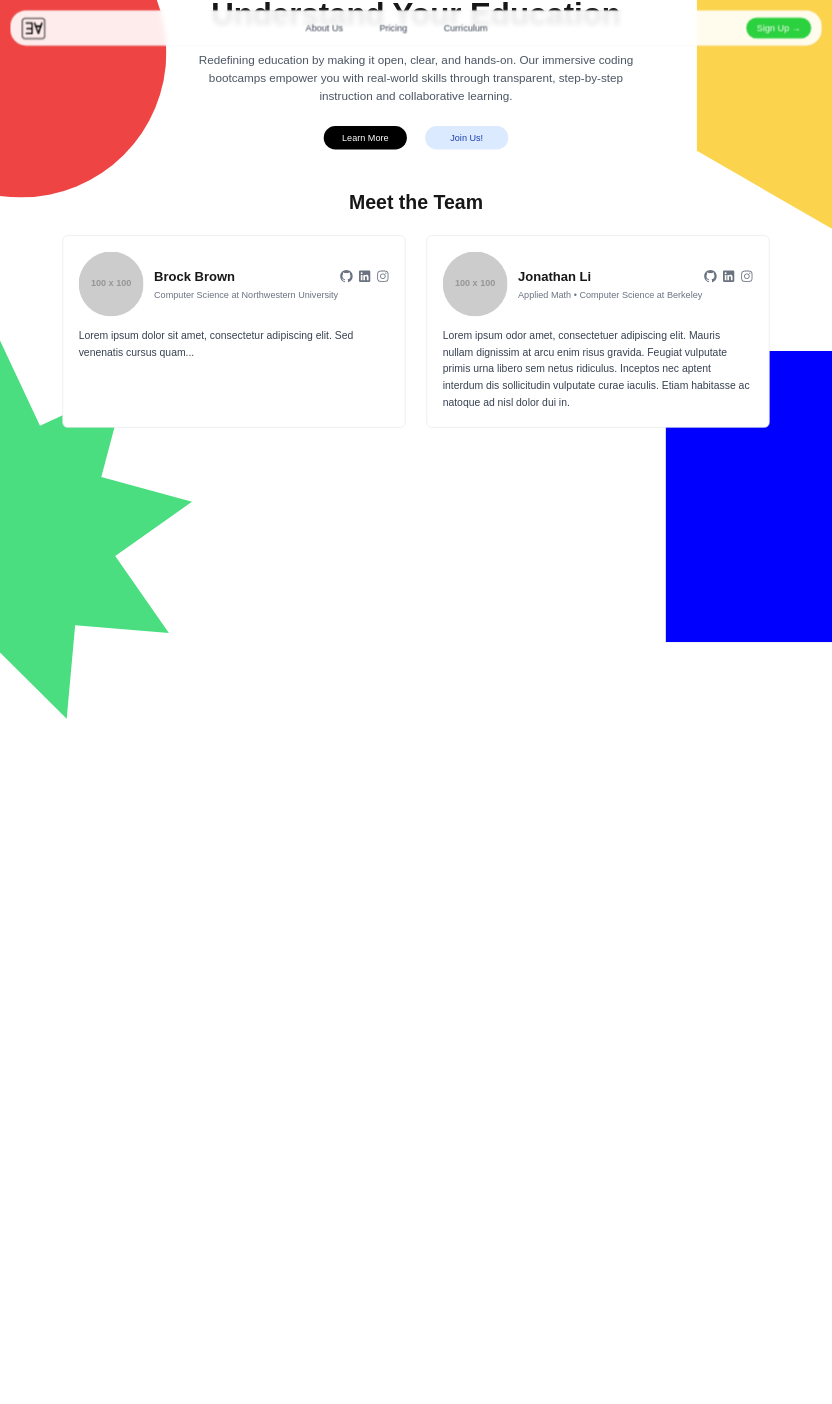
Repository: johnnyli-dev/bootcamp
Page: /
An editor plug-in stored every save of this project. The page is shown before and after the next save, followed by the edit.
The browser window is 1280 px wide. The pictures show the whole page, at 65% of full size.
The project was rebuilt for these pictures with package versions that can differ from the ones it lists, and the page was loaded fresh each time. The framework's server and built-in components were replaced by stand-ins that run in the browser. Also part of the build but not shown: next.config.ts.

Above is the page before, as saved 2025-02-22 14:57:43.

### app/page.tsx
import Image from "next/image";
import Navbar from "./components/Navbar";
import PCard from "./components/PCard";
import {
	GitHubLogoIcon,
	LinkedInLogoIcon,
	InstagramLogoIcon,
} from "@radix-ui/react-icons";

import {
	RedCircle,
	YellowHexagon,
	GreenStar,
	BlueSquare,
} from "./components/Shapes";

export default function Home() {
	return (
		<div className="min-h-screen bg-white relative overflow-hidden">
			{/* Hero Section */}
			<div className="relative h-screen flex items-center justify-center">
				{/* SVG Shapes positioned relative to hero section */}
				<div className="absolute inset-0">
					<RedCircle />
					<YellowHexagon />
					<GreenStar />
					<BlueSquare />
				</div>

				<Navbar />

				{/* Centered Content */}
				<div className="max-w-6xl mx-auto px-4 sm:px-6 lg:px-8 z-10">
					<main className="flex flex-col items-center text-center gap-8">
						<h1 className="text-5xl font-bold">
							Understand Your Education
						</h1>
						<p className="text-lg text-gray-600 max-w-2xl">
							Redefining education by making it open, clear, and
							hands-on. Our immersive coding bootcamps empower you
							with real-world skills through transparent,
							step-by-step instruction and collaborative learning.
						</p>
						<div className="flex gap-7 whitespace-nowrap">
							<a
								href="#learn-more"
								className="bg-black text-white px-6 py-2 rounded-full hover:bg-gray-800 transition-colors w-32 text-center text-sm"
							>
								Learn More
							</a>
							<a
								href="#join"
								className="bg-blue-100 text-blue-800 px-6 py-2 rounded-full hover:bg-blue-200 transition-colors w-32 text-center text-sm"
							>
								Join Us!
							</a>
						</div>
					</main>

					{/* About Us (Meet the Team) Section */}
					<section className="py-16 flex flex-col items-center">
						<h2 className="text-3xl font-bold mb-8">
							Meet the Team
						</h2>

						<div className="flex flex-col md:flex-row gap-8 justify-center">
							<PCard
								name="Brock Brown"
								subtitle="Computer Science at Northwestern University"
								description="Lorem ipsum dolor sit amet, consectetur adipiscing elit. Sed venenatis cursus quam..."
								profileImage="https://placehold.co/100.png"
                                socialLinks={[
                                    {
                                        icon: <GitHubLogoIcon width={20} height={20} />,
                                        url: "https://github.com/bbrockbrown",
                                    },
                                    {
                                        icon: <LinkedInLogoIcon width={20} height={20} />,
                                        url: "https://www.linkedin.com/in/brock-brown-058216221/",
                                    },
                                    {
                                        icon: <InstagramLogoIcon width={20} height={20} />,
                                        url: "https://www.instagram.com/bbrockbrown/",
                                    },
                                ]}
							/>

							<PCard
								name="Jonathan Li"
								subtitle="Applied Math • Computer Science at Berkeley"
								description="Lorem ipsum odor amet, consectetuer adipiscing elit. Mauris nullam dignissim at arcu enim risus gravida. Feugiat vulputate primis urna libero sem netus ridiculus. Inceptos nec aptent interdum dis sollicitudin vulputate curae iaculis. Etiam habitasse ac natoque ad nisl dolor dui in."
								profileImage="https://placehold.co/100.png"
                                socialLinks={[
                                    {
                                        icon: <GitHubLogoIcon width={20} height={20} />,
                                        url: "https://github.com/johnnyli-dev",
                                    },
                                    {
                                        icon: <LinkedInLogoIcon width={20} height={20} />,
                                        url: "https://www.linkedin.com/in/johnny-li-390841220/",
                                    },
                                    {
                                        icon: <InstagramLogoIcon width={20} height={20} />,
                                        url: "https://www.instagram.com/johnny.lii/",
                                    },
                                ]}
							/>
						</div>
					</section>
				</div>
			</div>

			{/* Additional content sections */}
			<div className="h-screen" />
			<div className="h-screen" />
		</div>
	);
}

### app/globals.css
@tailwind base;
@tailwind components;
@tailwind utilities;

:root {
	--background: #ffffff;
	--foreground: #171717;
}

@media (prefers-color-scheme: dark) {
	:root {
		--background: #ffffff;
		--foreground: #171717;
	}
}

body {
	color: var(--foreground);
	background: var(--background);
	font-family: "Poppins", sans-serif;
	overflow-x: hidden;
}

.geometric-shape {
	position: absolute;
	width: 300px;
	height: 300px;
	border-radius: 50%;
}

### app/components/Navbar.tsx
import Link from "next/link";
import Image from "next/image";

export default function Navbar() {
	return (
		<div className="fixed top-4 left-4 right-4 z-50">
			<nav className="bg-white/90 backdrop-blur-sm rounded-3xl p-1 shadow-sm">
				<div className="max-w-7xl mx-auto">
					<div className="flex items-center justify-between">
						<div className="flex-shrink-0 px-2">
							<Link href="/" className="flex items-center gap-2">
								<Image
									src="/logo.png"
									alt="CodeCamp Logo"
									width={48}
									height={48}
									className="object-contain"
								/>
							</Link>
						</div>

						{/* Center navigation items */}
						<div className="flex-1 flex justify-center">
							<div className="hidden sm:flex space-x-8 items-center">
								<Link
									href="/about-us"
									className="text-gray-700 hover:text-gray-900 px-3 py-2 text-sm"
								>
									About Us
								</Link>
								<Link
									href="/pricing"
									className="text-gray-700 hover:text-gray-900 px-3 py-2 text-sm"
								>
									Pricing
								</Link>
								<Link
									href="/curriculum"
									className="text-gray-700 hover:text-gray-900 px-3 py-2 text-sm"
								>
									Curriculum
								</Link>
							</div>
						</div>

						{/* Sign Up button */}
						<div className="flex-shrink-0 px-3">
							<Link
								href="/sign-up"
								className="bg-[#2cd13f] text-white px-4 py-2 rounded-full text-sm hover:bg-[#8BBBCF] transition-colors"
							>
								Sign Up →
							</Link>
						</div>
					</div>
				</div>
			</nav>
		</div>
	);
}

### app/components/PCard.tsx
"use client";
import Image from "next/image";
import { JSX } from "react";

interface SocialLink {
	icon: JSX.Element;
	url: string;
}

interface PCardProps {
	name: string;
	subtitle: string;
	description: string;
	profileImage: string;
	socialLinks: SocialLink[];
}

export default function PCard({
	name,
	subtitle,
	description,
	profileImage,
	socialLinks,
}: PCardProps) {
	return (
		<div className="border border-gray-200 rounded-lg p-6 w-full max-w-xl bg-white">
			{/* Top row: Profile image + Name & Socials */}
			<div className="flex items-center">
				<Image
					src={profileImage}
					alt={name}
					width={100}
					height={100}
					className="rounded-full object-cover mr-4"
				/>
				<div className="flex-1">
					<div className="flex items-center justify-between">
						<h3 className="text-xl font-bold">{name}</h3>
						<div className="flex space-x-2">
							{socialLinks.map((link, index) => (
								<a
									key={index}
									href={link.url}
									target="_blank"
									rel="noopener noreferrer"
									className="text-gray-500 hover:text-gray-700"
								>
									{link.icon}
								</a>
							))}
						</div>
					</div>
					<p className="text-gray-500 text-sm mt-1">{subtitle}</p>
				</div>
			</div>
			{/* Description */}
			<p className="mt-4 text-gray-700 leading-relaxed">{description}</p>
		</div>
	);
}

### app/components/Shapes.tsx
"use client";
import { useScrollRotation } from "../hooks/useScrollRotation";

export function RedCircle() {
	const rotation = useScrollRotation();
	return (
		<svg
			className="absolute top-[-20%] left-[-15%] -translate-x-1/2 -translate-y-1/2 w-[35vw] h-[35vw] transition-transform duration-100"
			viewBox="0 0 256 256"
			style={{ transform: `rotate(${rotation}deg)` }}
		>
			<circle cx="128" cy="128" r="128" fill="#EF4444" />
		</svg>
	);
}

export function YellowHexagon() {
	const rotation = useScrollRotation();
	return (
		<svg
			className="absolute top-[-20%] right-[-20%] translate-x-1/2 -translate-y-1/2 w-[40vw] h-[40vw] transition-transform duration-100"
			viewBox="0 0 256 256"
			style={{ transform: `rotate(${-rotation}deg)` }}
		>
			<polygon
				points="128,8 231.92,68 231.92,188 128,248 24.08,188 24.08,68"
				fill="#FCD34D"
			/>
		</svg>
	);
}

export function GreenStar() {
	const rotation = useScrollRotation();
	return (
		<svg
			className="absolute top-[70%] left-[-25%] -translate-x-1/2 -translate-y-1/2 w-[50vw] h-[50vw] transition-transform duration-100"
			viewBox="0 0 256 256"
			style={{ transform: `rotate(${rotation * 0.5}deg)` }}
		>
			<polygon
				points="
          128,8
          152.62,60.34
          205.13,36.08
          190.35,92
          246.18,107.16
          198.91,140.52
          231.92,188
          174.25,183.16
          169.04,240.76
          128,200
          86.96,240.76
          81.75,183.16
          24.08,188
          57.09,140.52
          9.82,107.16
          65.65,92
          50.87,36.08
          103.38,60.34
        "
				fill="#4ADE80"
			/>
		</svg>
	);
}

export function BlueSquare() {
	const rotation = useScrollRotation();
	return (
		<svg
			className="absolute top-[75%] left-[80%] -translate-x-1/2 -translate-y-1/2 w-[35vw] transition-transform h-[35vw] duration-100"
			viewBox="0 0 256 256"
			style={{ transform: `rotate(${rotation * 1.5}deg)` }}
		>
			<rect x="0" y="0" width="256" height="256" fill="blue" />
		</svg>
	);
}

### app/hooks/useScrollRotation.ts
import { useState, useEffect } from "react";

export function useScrollRotation() {
	const [rotation, setRotation] = useState(0);

	useEffect(() => {
		const handleScroll = () => {
			const scrolled = window.scrollY;
			setRotation(scrolled * 0.1); // Adjust this multiplier to control rotation speed
		};

		window.addEventListener("scroll", handleScroll);
		return () => window.removeEventListener("scroll", handleScroll);
	}, []);

	return rotation;
}

Loaded but not shown: app/layout.tsx (common file); tailwind.config.ts (common file)

After the next save:
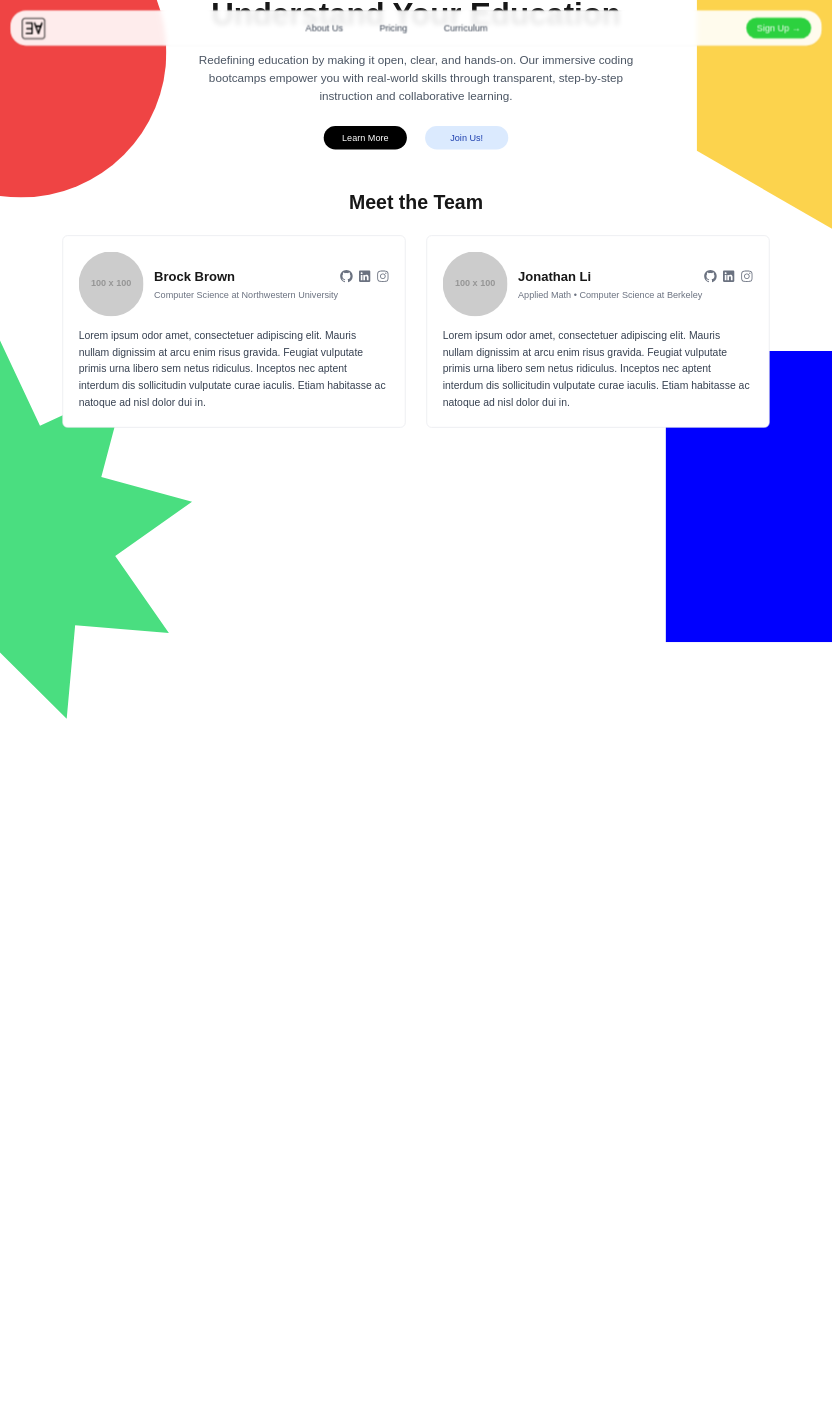
Saved 14 s later.
--- a/app/page.tsx
+++ b/app/page.tsx
@@ -67,7 +67,7 @@ export default function Home() {
 							<PCard
 								name="Brock Brown"
 								subtitle="Computer Science at Northwestern University"
-								description="Lorem ipsum dolor sit amet, consectetur adipiscing elit. Sed venenatis cursus quam..."
+								description="Lorem ipsum odor amet, consectetuer adipiscing elit. Mauris nullam dignissim at arcu enim risus gravida. Feugiat vulputate primis urna libero sem netus ridiculus. Inceptos nec aptent interdum dis sollicitudin vulputate curae iaculis. Etiam habitasse ac natoque ad nisl dolor dui in."
 								profileImage="https://placehold.co/100.png"
                                 socialLinks={[
                                     {
